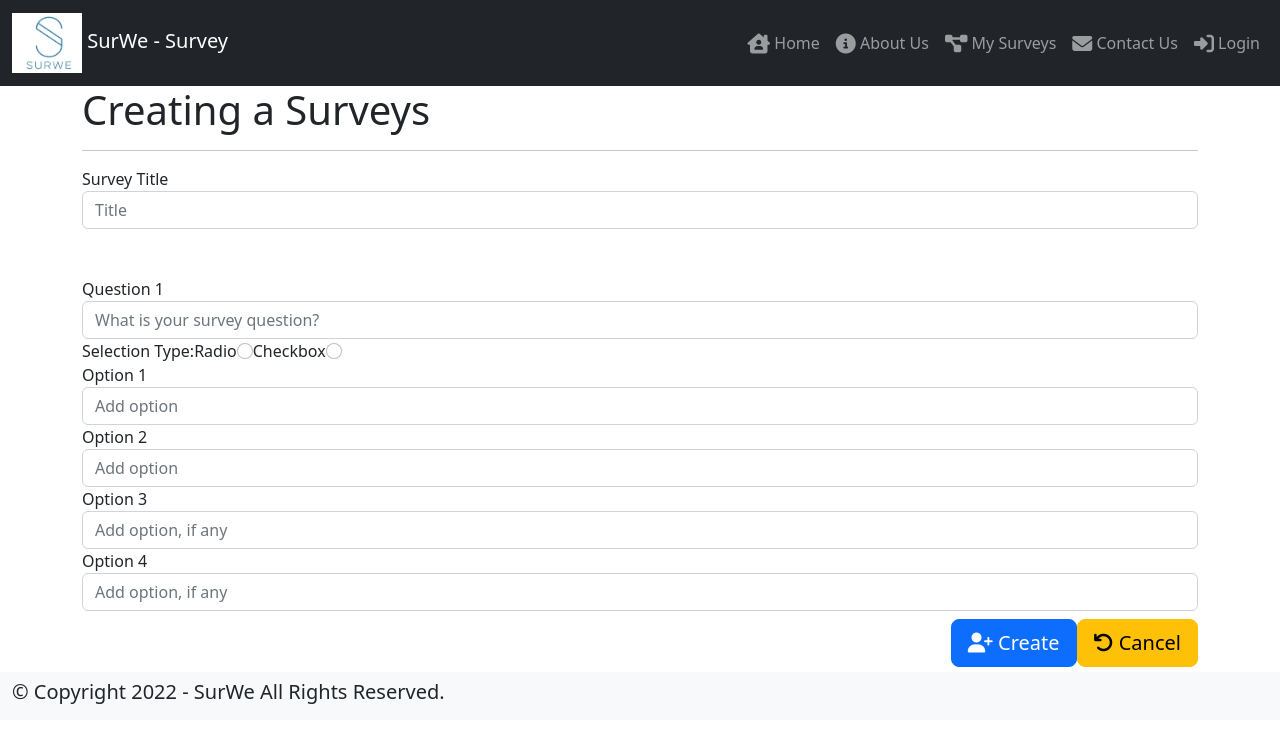
Repository: ryanchandata/comp229-m2022-group6-frontend
Page: /add
The author's editor kept a copy of each file at every save. The page is drawn from the files as they stood at one save, then again after the next save.
The browser window is 1280 px wide. The pictures show the whole page.
The project was rebuilt for these pictures with package versions that can differ from the ones it lists, and the page was loaded fresh each time. Also part of the build but not shown: src/content/home.tsx, src/content/about.tsx, src/content/contact.tsx, src/survey-list/landing.tsx, src/survey-list/edit.tsx, src/content/PageNotFound.tsx, src/authentication/login.tsx, src/authentication/logout.tsx and 1 more.

Above is the page before, as saved 2022-07-29 17:02:00.

### public/index.html
<!DOCTYPE html>
<html lang="en">
  <head>
    <meta charset="utf-8" />
    <link rel="icon" href="%PUBLIC_URL%/favicon.ico" />
    <meta name="viewport" content="width=device-width, initial-scale=1" />
    <meta name="theme-color" content="#000000" />
    <meta
      name="description"
      content="Web site created using create-react-app"
    />
    <link rel="apple-touch-icon" href="%PUBLIC_URL%/logo192.png" />
    <!--
      manifest.json provides metadata used when your web app is installed on a
      user's mobile device or desktop. See https://developers.google.com/web/fundamentals/web-app-manifest/
    -->
    <link rel="manifest" href="%PUBLIC_URL%/manifest.json" />
    <!--
      Notice the use of %PUBLIC_URL% in the tags above.
      It will be replaced with the URL of the `public` folder during the build.
      Only files inside the `public` folder can be referenced from the HTML.

      Unlike "/favicon.ico" or "favicon.ico", "%PUBLIC_URL%/favicon.ico" will
      work correctly both with client-side routing and a non-root public URL.
      Learn how to configure a non-root public URL by running `npm run build`.
    -->
    <title>COMP 229</title>
  </head>
  <body>
    <noscript>You need to enable JavaScript to run this app.</noscript>
    <div id="root"></div>
    <!--
      This HTML file is a template.
      If you open it directly in the browser, you will see an empty page.

      You can add webfonts, meta tags, or analytics to this file.
      The build step will place the bundled scripts into the <body> tag.

      To begin the development, run `npm start` or `yarn start`.
      To create a production bundle, use `npm run build` or `yarn build`.
    -->
  </body>
</html>

### src/App.tsx
import { BrowserRouter, Route, Routes } from 'react-router-dom';

// Common Components
import Header from './components/header';
import Footer from './components/footer';

// Content Components
import Home from './content/home';
import About from './content/about';
import Contact from './content/contact';
import Survey from './survey-list/landing';
import Add from './survey-list/add';
import Edit from './survey-list/edit';
import PageNotFound from './content/PageNotFound';

// Authentication Components
import Login from './authentication/login';
import Logout from './authentication/logout';
import Register from './authentication/register';

// Styles and Fonts
import 'bootstrap/dist/css/bootstrap.min.css';
import '@fortawesome/fontawesome-free/css/all.min.css';
import './App.css';

function App() {

  return (
    <div className="App">
      <BrowserRouter>
        <Header></Header>

        {/* Client-Side Routing */}
        <Routes>
          <Route path="/" element={<Home />} />
          <Route path="/home" element={<Home />} />
          <Route path="/about" element={<About />} />
          <Route path="/contact" element={<Contact />} />
          <Route path="/survey" element={<Survey />} />
          <Route path="/add" element={<Add />} />
          <Route path="/edit" element={<Edit />} />
          <Route path="*" element={<PageNotFound />} />
          <Route path="/login" element={<Login />} />
          <Route path="/logout" element={<Logout />} />
          <Route path="/register" element={<Register />} />
        </Routes>

        <Footer></Footer>
      </BrowserRouter>
    </div>
  );
}

export default App;

### src/components/header.tsx
import React, { useEffect, useState } from 'react';
import { NavLink } from 'react-router-dom';
import logo from './team_logo.jpg';
import AuthService from '../services/auth-service';

console.log(logo);

function Header()
{
  const [ isLoggedIn, setIsLoggedIn ] = useState(false);

  useEffect(()=>{
    setIsLoggedIn(AuthService.getCurrentUser());
  }, []);

  function toggleLogin()
  {
    if(isLoggedIn)
    {
      return(
        <li className='nav-item'>
          <NavLink to={"/logout"} className='nav-link' aria-current="page"><i className="fa-solid fa-right-from-bracket fa-lg"></i> Logout</NavLink>
        </li>
      );
    }
    else
    {
      return(
        <li className="nav-item">
            <NavLink to={"/login"} className="nav-link" aria-current="page" ><i className="fa-solid fa-right-to-bracket fa-lg"></i> Login</NavLink>
          </li>
      );
    }
  }


    return (
        <nav className="navbar navbar-expand-lg navbar-dark bg-dark">
    <div className="container-fluid">
      <NavLink to={"/"} className="navbar-brand"><img src={logo} alt="Logo" height={60} width={70} /> SurWe - Survey</NavLink>
      <button className="navbar-toggler" type="button" data-bs-toggle="collapse" data-bs-target="#navbarSupportedContent" aria-controls="navbarSupportedContent" aria-expanded="false" aria-label="Toggle navigation">
        <span className="navbar-toggler-icon"></span>
      </button>
      <div className="collapse navbar-collapse" id="navbarSupportedContent">
        <ul className="navbar-nav ms-auto mb-2 mb-lg-0">
          <li className="nav-item">
            <NavLink to={"/home"} className="nav-link" aria-current="page"><i className="fa-solid fa-house-chimney-user fa-lg"></i> Home</NavLink>
          </li>
          <li className="nav-item">
            <NavLink to={"/about"} className="nav-link" aria-current="page"><i className="fa-solid fa-circle-info fa-lg"></i> About Us</NavLink>
          </li>
          <li className="nav-item">
            <NavLink to={"/survey"} className="nav-link" aria-current="page"><i className="fa-solid fa-diagram-project fa-lg"></i> My Surveys</NavLink>
          </li>
          <li className="nav-item">
            <NavLink to={"/contact"} className="nav-link" aria-current="page"><i className="fa-solid fa-envelope fa-lg"></i> Contact Us</NavLink>
          </li>

          { toggleLogin() }

        </ul>
      </div>
    </div>
  </nav>
    )
}

export default Header;

### src/components/footer.tsx
import React from 'react';

// Footer Component
function Footer()
{
    function getDate(): number
    {
      let date = new Date();
      return date.getFullYear();
    }
    return(
        <nav className="navbar fixed-bottom bg-light">
          <div className="container-fluid">
          <h5 id="copyright">&copy; Copyright { getDate()} - SurWe All Rights Reserved.</h5>
         </div>
        </nav>
    );
}

export default Footer;

### src/survey-list/add.tsx
import React, { useEffect } from 'react';
import { Link } from 'react-router-dom';

function Add()
{
    useEffect(()=>{
        document.title = "Creating Surveys";
    });

    return(
        <div className="container">
            <h1>Creating a Surveys</h1>
            <hr />
            <form className="form" method="post">
                <div className="form-group">
                    <label htmlFor="title">Survey Title</label>
                    <input type="text" className="form-control" placeholder="Title" id="question<%= count + 1%>" name="name" value="" required></input><br /><br />
                    <label htmlFor="name">Question 1</label>
                    <input type="text" className="form-control" placeholder="What is your survey question?" id="question1" name="question1" value="" required></input>
                    <label htmlFor="optionType">Selection Type:</label>
                    <label htmlFor="optionType">Radio
                    <input type="radio" className="form-check-input" id="optionType1" name="optionType1" value="radio" required></input>
                    </label>
                    <label htmlFor="optionType">Checkbox
                    <input type="radio" className="form-check-input" id="optionType1" name="optionType1" value="checkbox" required></input>
                    </label><br />
                    <label htmlFor="option1">Option 1</label>
                    <input type="text" className="form-control" placeholder="Add option" id="options1" name="options1" value="" required></input>
                    <label htmlFor="option2">Option 2</label>
                    <input type="text" className="form-control" placeholder="Add option" id="options2" name="options2" value="" required></input>
                    <label htmlFor="option3">Option 3</label>
                    <input type="text" className="form-control" placeholder="Add option, if any" id="options3" name="options3" value="" ></input>
                    <label htmlFor="option4">Option 4</label>
                    <input type="text" className="form-control" placeholder="Add option, if any" id="options4" name="options4" value="" ></input>
                </div>
                <div className="text-end mt-2">
                        <button id="submitButton" type="submit" className="btn btn-primary btn-lg">
                            <i className="fas fa-user-plus"></i> Create</button>
                        <Link to= {"/home"} className="link"><button id="cancelButton" type="reset" className="btn btn-warning btn-lg">
                            <i className="fas fa-undo"></i> Cancel</button></Link>
                        </div>
            </form>
        </div>
    );
}

export default Add;

### src/App.css
/* Custom CSS goes here */
body {
    padding-bottom: 70px;
  }

  .input-group-addon:first-child
  {
      border-right: 0;
  }

  .input-group-addon
  {
      padding: 6px 12px;
      font-size: 14px;
      font-weight: 400;
      line-height: 1;
      text-align: center;
      border: 1px solid darkgrey;
      border-radius: 4px;
  }

  .input-group-addon .fa
  {
      font-size: 18px;
  }

  .input-group .form-control
  {
      position:relative;
      z-index: 2;
      float:left;
      margin-bottom: 0;
  }

  .input-group .form-control:last-child
  {
      border-top-left-radius: 0;
      border-bottom-left-radius: 0;
  }



  .login
  {
      padding: 2rem 1rem;
      margin-bottom: 2rem;
      background-color: lightgrey;
      border-radius: .3rem;
  }

  .login input
  {
      background-color: white;
      border-color: darkgrey;
      border-radius: .4em;
      width: 100%;
  }

  .edit-task
  {
      position: relative;
      top: -31px;
      display: none;
  }

  .nav {
      background-color: #ffffff;
      color: #000000;
      list-style: none;
      text-align: right;
      padding: 20px 0 20px;
  }

  .nav > li {
      margin-left: 100px;
      padding: 12px 0 0 5px;
      font-size: 12px;
  }

  .nav > li > a {
      text-decoration: none;
      color: #000000;
  }

  .coname {
      color: #000000;
      float: left;
      padding-left: 25px;
      font-size: 16px;
      font-weight: bold;
  }

### src/services/auth-service.tsx
import http from '../components/http-common';

class AuthService
{
    public login(username: string, password: string)
    {
        return http.post('/login', {username, password})
        .then(response => {
            if(response.data.token)
            {
                localStorage.setItem("user", JSON.stringify(response.data));
            }
            return response.data;
        });
    }

    public logout()
    {
        localStorage.removeItem("user");
    }

    public register(username: string, password: string, firstName: string, lastName: string, emailAddress: string)
    {
        return http.post('register', { username, password, firstName, lastName, emailAddress });
    }

    getCurrentUser()
    {
        const userString = localStorage.getItem("user") as string;
        if (userString)
        {
            return JSON.parse(userString);
        }
        return false;
    }
}

export default new AuthService();

### src/components/http-common.tsx
import axios from 'axios';
export default axios.create({
    baseURL: "https://comp229-m2022-group6-backend.herokuapp.com/api",
    // baseURL: "http://localhost:3500/api"
    headers: {
        "Content-type": "application/json"
    }
});

Loaded but not shown: src/index.tsx (common file); src/index.css (common file); src/reportWebVitals.ts (common file)

After the next save:
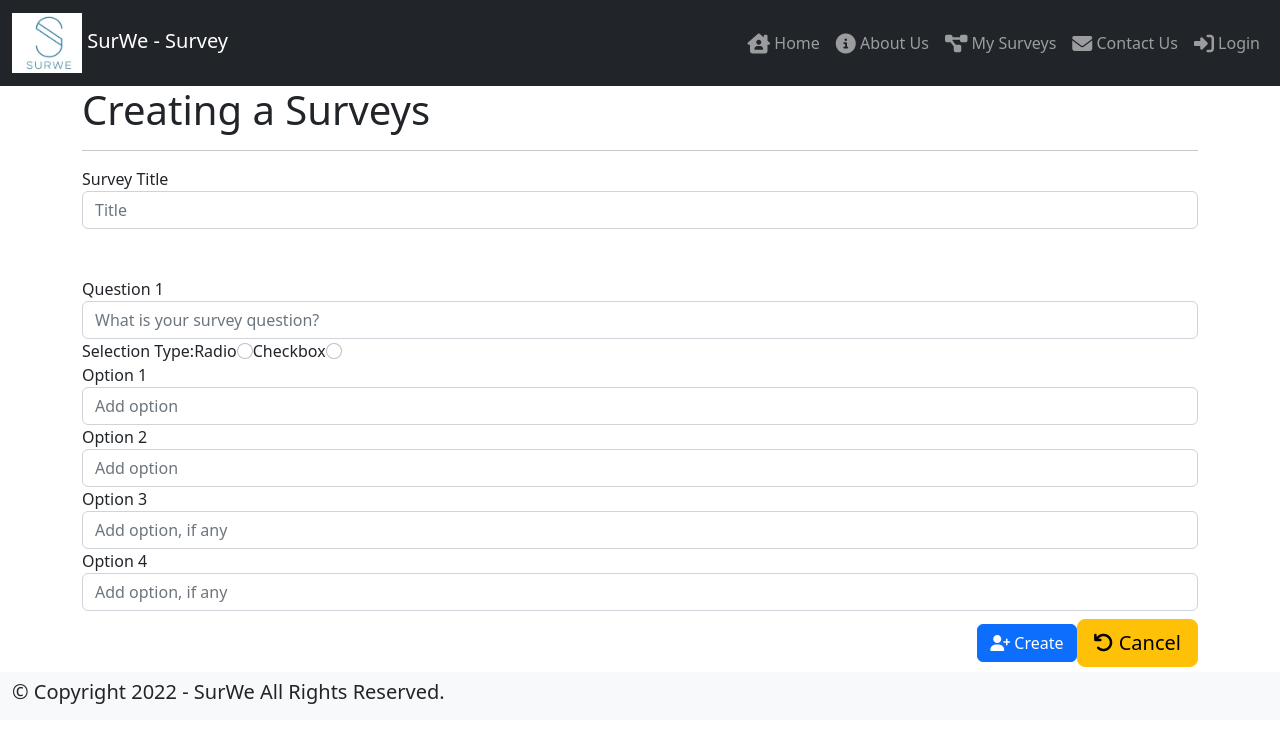
Saved 30 s later.
--- a/src/survey-list/add.tsx
+++ b/src/survey-list/add.tsx
@@ -34,7 +34,7 @@
                     <input type="text" className="form-control" placeholder="Add option, if any" id="options4" name="options4" value="" ></input>
                 </div>
                 <div className="text-end mt-2">
-                        <button id="submitButton" type="submit" className="btn btn-primary btn-lg">
+                        <button id="submitButton" type="submit" className="btn btn-primary">
                             <i className="fas fa-user-plus"></i> Create</button>
                         <Link to= {"/home"} className="link"><button id="cancelButton" type="reset" className="btn btn-warning btn-lg">
                             <i className="fas fa-undo"></i> Cancel</button></Link>

After the save that followed:
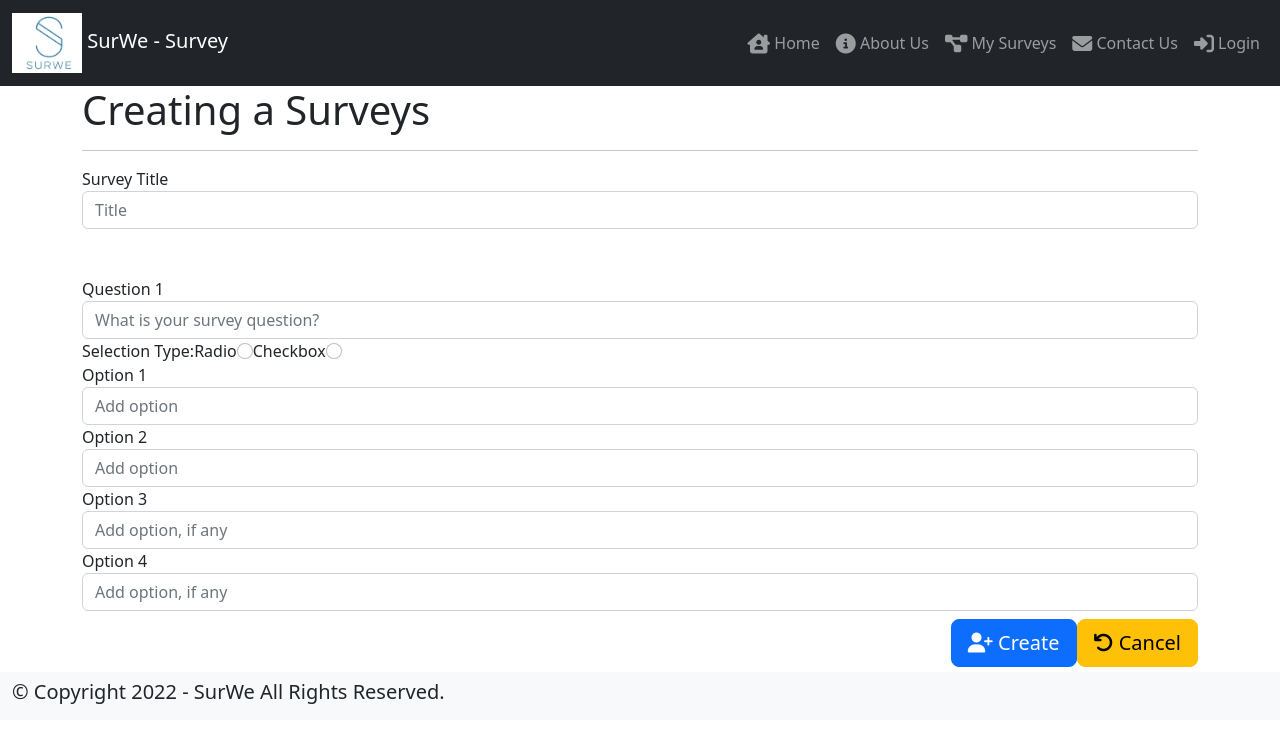
Saved 5 s later.
--- a/src/survey-list/add.tsx
+++ b/src/survey-list/add.tsx
@@ -34,7 +34,7 @@
                     <input type="text" className="form-control" placeholder="Add option, if any" id="options4" name="options4" value="" ></input>
                 </div>
                 <div className="text-end mt-2">
-                        <button id="submitButton" type="submit" className="btn btn-primary">
+                        <button id="submitButton" type="submit" className="btn btn-primary btn-lg">
                             <i className="fas fa-user-plus"></i> Create</button>
                         <Link to= {"/home"} className="link"><button id="cancelButton" type="reset" className="btn btn-warning btn-lg">
                             <i className="fas fa-undo"></i> Cancel</button></Link>
